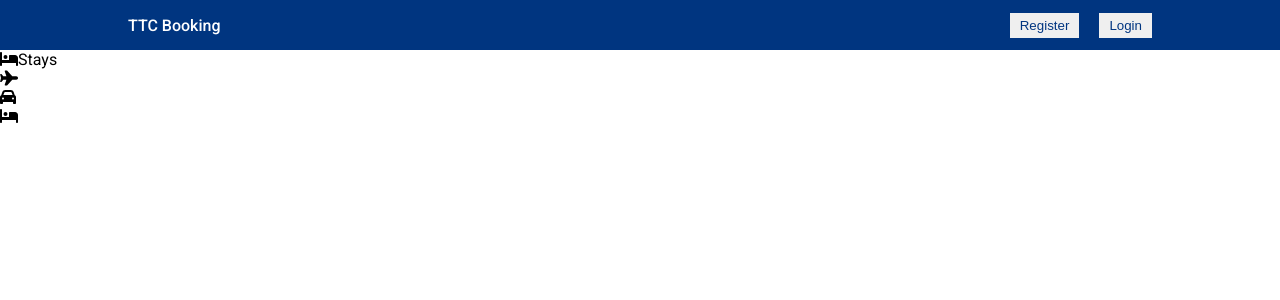
Repository: CarsonDev1/booking-app
Page: /
An editor plug-in stored every save of this project. The page is shown before and after the next save, followed by the edit.
The browser window is 1280 px wide. The pictures show the whole page.
The project was rebuilt for these pictures with package versions that can differ from the ones it lists, and the page was loaded fresh each time. Also part of the build but not shown: src/components/header/header.css, src/pages/home/home.css, src/pages/hotel/Hotel.jsx, src/pages/list/List.jsx.

Above is the page before, as saved 2022-12-03 00:26:40.

### public/index.html
<!DOCTYPE html>
<html lang="en">

<head>
  <meta charset="utf-8" />
  <link rel="icon" href="%PUBLIC_URL%/favicon.ico" />
  <meta name="viewport" content="width=device-width, initial-scale=1" />
  <meta name="theme-color" content="#000000" />
  <meta name="description" content="Web site created using create-react-app" />
  <link rel="apple-touch-icon" href="%PUBLIC_URL%/logo192.png" />
  <!--
      manifest.json provides metadata used when your web app is installed on a
      user's mobile device or desktop. See https://developers.google.com/web/fundamentals/web-app-manifest/
    -->
  <link rel="manifest" href="%PUBLIC_URL%/manifest.json" />
  <link rel="preconnect" href="https://fonts.googleapis.com">
  <link rel="preconnect" href="https://fonts.gstatic.com" crossorigin>
  <link
    href="https://fonts.googleapis.com/css2?family=Poppins:ital,wght@0,400;0,500;0,600;0,700;0,800;1,400;1,500;1,600;1,700&family=Roboto:ital,wght@0,300;0,400;0,500;0,700;1,300;1,400;1,500;1,700&display=swap"
    rel="stylesheet">
  <!--
      Notice the use of %PUBLIC_URL% in the tags above.
      It will be replaced with the URL of the `public` folder during the build.
      Only files inside the `public` folder can be referenced from the HTML.

      Unlike "/favicon.ico" or "favicon.ico", "%PUBLIC_URL%/favicon.ico" will
      work correctly both with client-side routing and a non-root public URL.
      Learn how to configure a non-root public URL by running `npm run build`.
    -->
  <title>React App</title>
</head>

<body>
  <noscript>You need to enable JavaScript to run this app.</noscript>
  <div id="root"></div>
  <!--
      This HTML file is a template.
      If you open it directly in the browser, you will see an empty page.

      You can add webfonts, meta tags, or analytics to this file.
      The build step will place the bundled scripts into the <body> tag.

      To begin the development, run `npm start` or `yarn start`.
      To create a production bundle, use `npm run build` or `yarn build`.
    -->
</body>

</html>

### src/index.css
body {
	margin: 0;
	padding: 0;
	box-sizing: border-box;
	font-family: "Roboto", sans-serif;
}

### src/App.js
import { BrowserRouter, Routes, Route } from "react-router-dom";
import Home from "./pages/home/Home";
import Hotel from "./pages/hotel/Hotel";
import List from "./pages/list/List";
function App() {
	return (
		<BrowserRouter>
			<Routes>
				<Route path="/" element={<Home />} />
				<Route path="/hotels" element={<List />} />
				<Route path="/hotels/:id" element={<Hotel />} />
			</Routes>
		</BrowserRouter>
	);
}

export default App;

### src/pages/home/Home.jsx
import Header from "../../components/header/Header";
import Navbar from "../../components/navbar/Navbar";
import "./home.css";

const Home = () => {
	return (
		<div>
			<Navbar />
			<Header />
		</div>
	);
};

export default Home;

### src/components/header/Header.jsx
import { faBed, faCar, faPlane } from "@fortawesome/free-solid-svg-icons";
import { FontAwesomeIcon } from "@fortawesome/react-fontawesome";
import "./header.css";

const Header = () => {
	return (
		<div className="header">
			<div className="headerList">
				<div className="headerListItem">
					<FontAwesomeIcon icon={faBed} />
					<span>Stays</span>
				</div>
				<div className="headerListItem">
					<FontAwesomeIcon icon={faPlane} />
				</div>
				<div className="headerListItem">
					<FontAwesomeIcon icon={faCar} />
				</div>
				<div className="headerListItem">
					<FontAwesomeIcon icon={faBed} />
				</div>
			</div>
		</div>
	);
};

export default Header;

### src/components/navbar/Navbar.jsx
import "./navbar.css";

const NavBar = () => {
	return (
		<div className="navbar">
			<div className="navContainer">
				<span className="logo">TTC Booking</span>
				<div className="navItems">
					<button className="navButton">Register</button>
					<button className="navButton">Login</button>
				</div>
			</div>
		</div>
	);
};

export default NavBar;

### src/components/navbar/navbar.css
.navbar {
	height: 50px;
	background-color: #003580;
	display: flex;
	justify-content: center;
}
.navContainer {
	width: 100%;
	max-width: 1024px;
	color: white;
	display: flex;
	align-items: center;
	justify-content: space-between;
}
.logo {
	font-weight: 500;
}
.navButton {
	margin-left: 20px;
	border: none;
	padding: 5px 10px;
	cursor: pointer;
	color: #003580;
}

Loaded but not shown: src/index.js (common file)

After the next save:
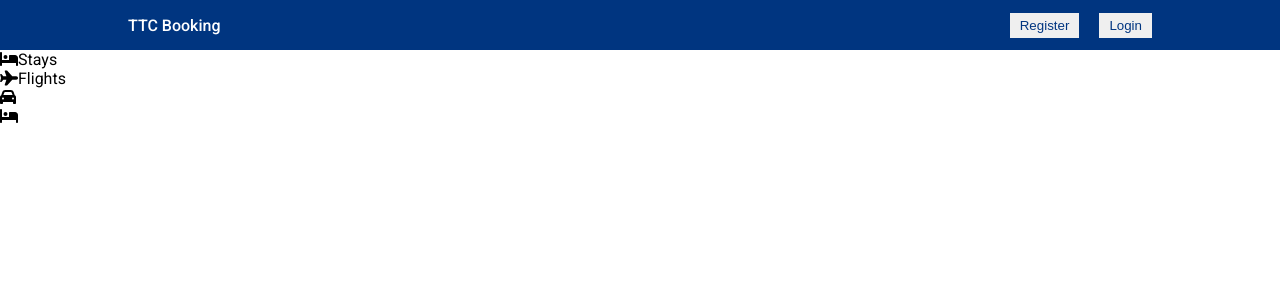
Saved 10 s later.
--- a/src/components/header/Header.jsx
+++ b/src/components/header/Header.jsx
@@ -12,6 +12,7 @@ const Header = () => {
 				</div>
 				<div className="headerListItem">
 					<FontAwesomeIcon icon={faPlane} />
+					<span>Flights</span>
 				</div>
 				<div className="headerListItem">
 					<FontAwesomeIcon icon={faCar} />
